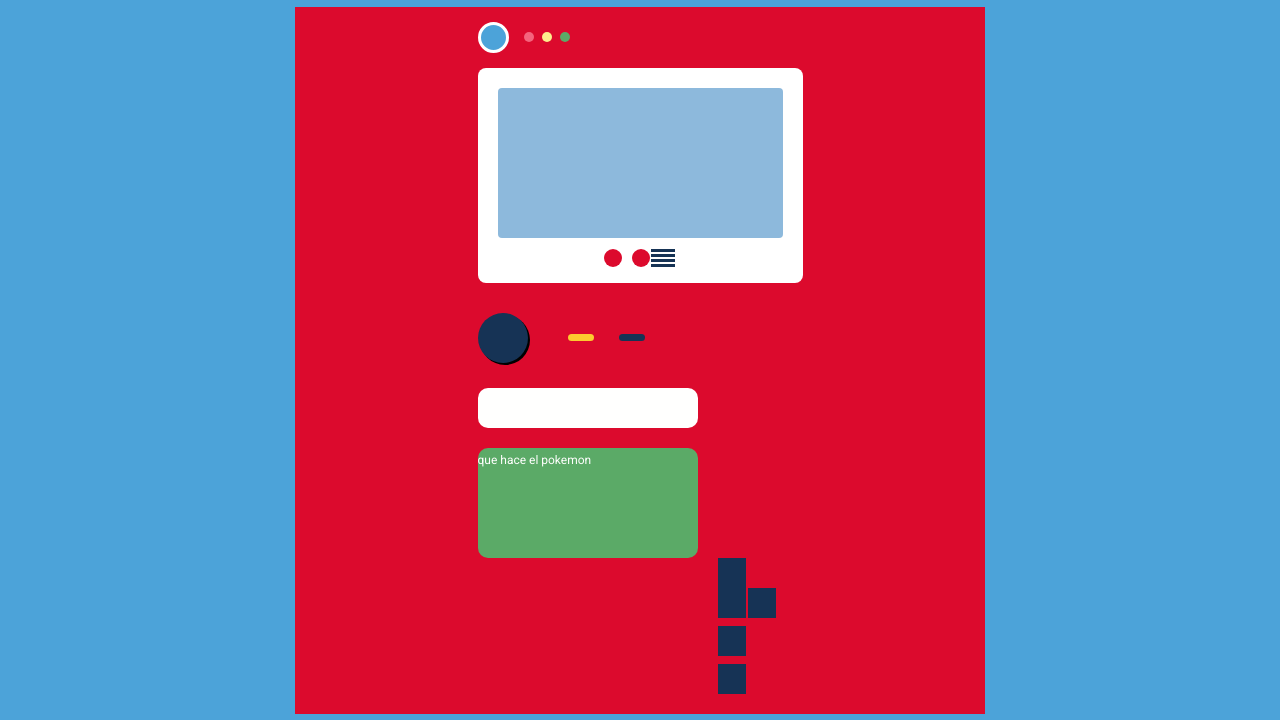
Repository: darkmantiz2/pokedex
Page: index.html
These files come from the project's save history. The page is drawn as it stood at one moment and after the next save; the edit follows.
The browser window is 1280 px wide. The pictures show the whole page.

Above is the page before, as saved 2022-01-25 17:18:34.

### index.html
<!DOCTYPE html>
<html lang="en">
  <head>
    <meta charset="UTF-8" />
    <meta http-equiv="X-UA-Compatible" content="IE=edge" />
    <meta name="viewport" content="width=device-width, initial-scale=1.0" />
    <link
      href="https://fonts.googleapis.com/css2?family=Roboto&display=swap"
      rel="stylesheet"
    />
    <link rel="stylesheet" href="./css/index.css" />
    <title>Pokedex</title>
  </head>
  <body>
    <div class="container">
      <section class="pokedex">
        <div class="pokedex-info">
          <div class="pokedex-cam">
            <span class="pokedex-cam-circle-blue"></span>
            <span class="pokedex-cam-circle-red"></span>
            <span class="pokedex-cam-circle-yellow"></span>
            <span class="pokedex-cam-circle-green"></span>
          </div>
          <div class="pokedex-screen">
            <div class="pokedex-screen-pokemon"></div>
            <div class="pokedex-screen-bottom">
              <div class="pokedex-screen-redpoint1"></div>
              <div class="pokedex-screen-redpoint2"></div>
              <div class="pokedex-screen-lines">
                <span class="pokedex-screen-lines-line"></span>
                <span class="pokedex-screen-lines-line"></span>
                <span class="pokedex-screen-lines-line"></span>
                <span class="pokedex-screen-lines-line"></span>
              </div>
            </div>
          </div>

          <div class="pokedex-buttons">
            <div class="pokedex-buttons-circle"></div>
            <div class="pokedex-buttons-yellow"></div>
            <div class="pokedex-buttons-darkblue"></div>
          </div>
          <div class="container-info">
            <div class="pokedex=-pokemon-info">
              <div class="pokedex-pokemon-name">nombre pokemon</div>
              <div class="pokedex-pokemon-description">que hace el pokemon</div>
            </div>

              <span class="pokedex-select-button-left-right"></span>

            </div>
            <div class="pokedex-select-button">
              <div class="pokedex-select-button-up">
                <div class="black-button"></div>
              </div>
              <div>
                <div class="pokedex-select-button-left black-button"></div>
                <div class="pokedex-select-button-midle black-button"></div>
                <div class="pokedex-select-button-right black-button"></div>
              </div>
              <div class="pokedex-select-button-down">
                <div class="black-button box-shadow-left"></div>
              </div>
            </div>
          </div>
        </div>
        <div class="pokedex-stats"></div>
      </section>
    </div>
  </body>
</html>

### css/index.css

:root {
  --white: #fffffe;
  --black: #300f16;
  --primary: #dc0a2d;
  --green:#5baa67;
  --red :#f4647d ;
  --yellow-light:#feef8d;
  --secondary: #163355;
  --blue: #4ca3d9;
  --body1: 400 0.75rem/1.5rem Roboto;
  --body3: 400 0.5rem/0.4556451737880707rem Roboto;
  --body2-regular: 400 0.75rem/1.375rem Space Mono;
}

body {
  color: var(--white);
  background-color: var(--blue);
  font: var(--body1);
  margin: 0;

}

.container {
  display: flex;
  justify-content: center;
  align-items: center;
  height: 100vh;
}

.pokedex{
  background-color: var(--primary);
  width: 650px;
  display: flex;
  justify-content: center;
  align-items: center;
  padding: 15px 20px 20px 20px;

}

.pokedex-info {
  width: 50%;
}

.pokedex-stats {
  width: 50%;
}

.pokedex-cam{
  display: flex;
  align-items: center;
  padding-bottom: 15px;
}

.pokedex-cam-circle-blue {
  display: inline-block;
  width: 25px;
  height: 25px;
  border-radius: 50%;
  background: var(--blue);
  border: 3px solid white;
  margin-right: 15px;
}

.pokedex-cam-circle-red{
  display: inline-block;
  width: 10px;
  height: 10px;
  border-radius: 50%;
  background: var(--red);
  margin-right: 8px;
}

.pokedex-cam-circle-yellow{
  display: inline-block;
  width: 10px;
  height: 10px;
  border-radius: 50%;
  background: var(--yellow-light);
  margin-right: 8px;
}

.pokedex-cam-circle-green{
  display: inline-block;
  width: 10px;
  height: 10px;
  border-radius: 50%;
  background: var(--green);
  margin-right: 8px;
}

.pokedex-screen{
  background: white;
  width: 100%;
  height: 215px;
  border-radius: 8px;
  padding: 20px;
  box-sizing: border-box;
}

.pokedex-screen-pokemon {
  background: #8db9dc;
  height: 150px;
  border-radius: 4px;

}

.pokedex-screen-bottom{
  display: flex;
  align-items: center;
  justify-content: center;
  margin-top: 10px;
}

.pokedex-screen-redpoint1{
  display: inline-block;
  width: 18px;
  height: 18px;
  border-radius: 50%;
  background: var(--primary);
}

.pokedex-screen-redpoint2{
  display: inline-block;
  width: 18px;
  height: 18px;
  border-radius: 50%;
  background: var(--primary);
  margin-left: 10px;
}

.pokedex-screen-lines{
  display: inline-grid;
  margin: 0;
  padding:0;
}

.pokedex-screen-lines-line{
  width: 24px;
  height: 3px;
  background: var(--secondary);
  display: inline-block;
  margin: 1px;
  padding: 0;
}

.pokedex-buttons{
  box-sizing: border-box;
  align-items: center;
  display: flex;
  margin-top: 30px;
}

.pokedex-buttons-circle{
  width: 50px;
  height: 50px;
  border-radius: 50%;
  background: var(--secondary);
  margin-right: 40px;
  box-shadow: 2px 2px black;
}

.pokedex-buttons-yellow{
  width: 26px;
  height: 7px;
  border-radius: 4px;
  background: #fdcb2f;
  margin-right: 25px;
}

.pokedex-buttons-darkblue{
  width: 26px;
  height: 7px;
  border-radius: 4px;
  background: var(--secondary);
}

.pokedex-pokemon-name{
  height: 40px;
  width: 220px;
  background-color: var(--white);
  margin-top: 25px;
  border-radius: 10px;
}

.pokedex-pokemon-description{
  height: 110px;
  width: 220px;
  background-color: var(--green);
  margin-top: 20px;
  border-radius: 10px;
}

.pokedex-select-button{
  display: inline-grid;
  align-items: center;
  justify-content: center;
 margin-left: 240px;

}

.pokedex-select-button-up{
  display: inline-block;
  width: 28px;
  height: 30px;
  background-color: var(--secondary);
}

.pokedex-select-button-left{
  display: inline-block;
  width: 28px;
  height: 30px;
  background-color: var(--secondary);
}

.pokedex-select-button-midle{
  display: inline-block;
  width: 28px;
  height: 30px;
  background-color: var(--secondary);
}

.pokedex-select-button-right{
  display: inline-block;
  width: 28px;
  height: 30px;
  background-color: var(--secondary);
}

.pokedex-select-button-down{
  display: inline-block;
  width: 28px;
  height: 30px;
  background-color: var(--secondary);
}

After the next save:
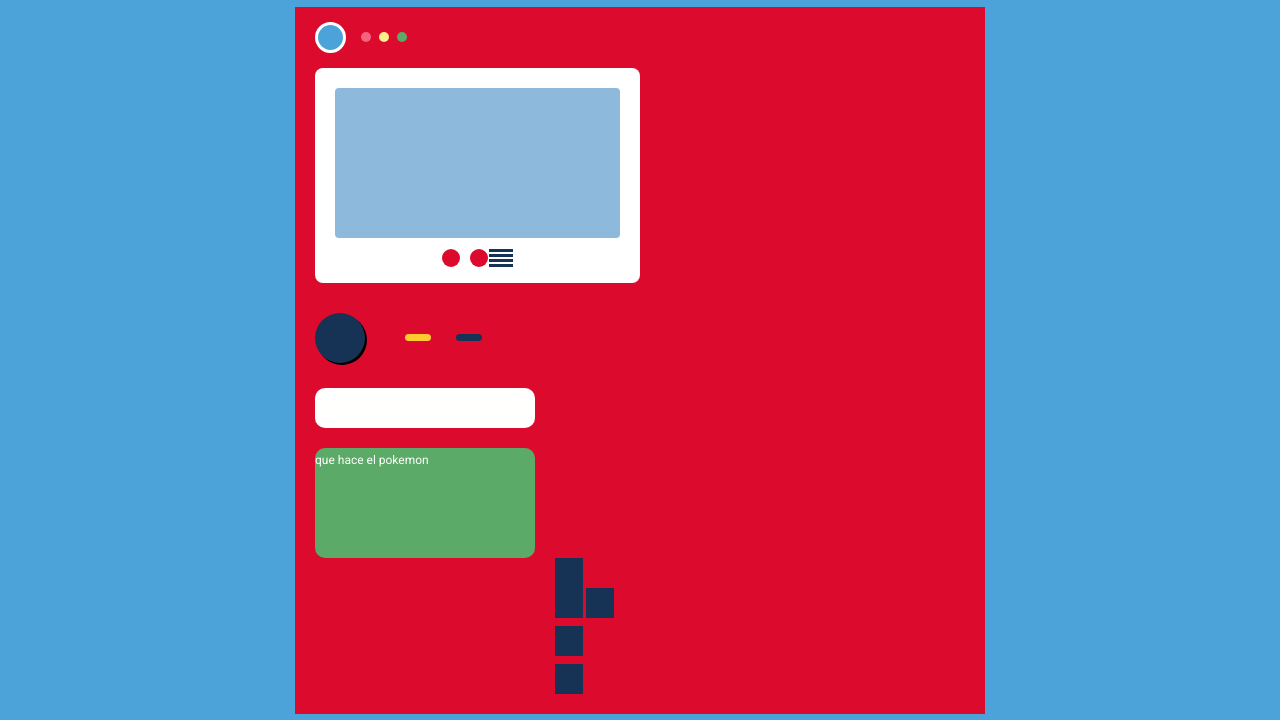
Saved 34 s later.
--- a/index.html
+++ b/index.html
@@ -46,9 +46,6 @@
               <div class="pokedex-pokemon-description">que hace el pokemon</div>
             </div>
 
-              <span class="pokedex-select-button-left-right"></span>
-
-            </div>
             <div class="pokedex-select-button">
               <div class="pokedex-select-button-up">
                 <div class="black-button"></div>
